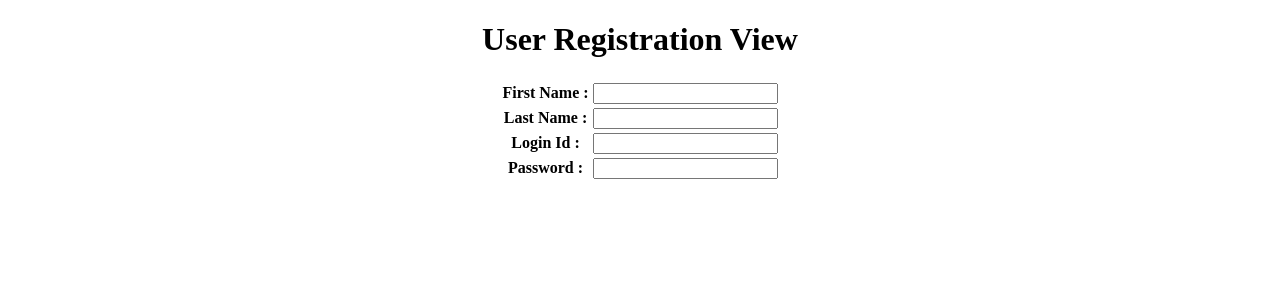
Repository: HimanshuJain1991/ProjectModuleUseCase
Page: http://localhost/Practice/UserRegistrationView.jsp
An editor plug-in stored every save of this project. The page is shown before and after the next save, followed by the edit.
The browser window is 1280 px wide. The pictures show the whole page.
The page is served by Tomcat 9.

Above is the page before, as saved 2024-02-27 11:05:47.

After the next save:
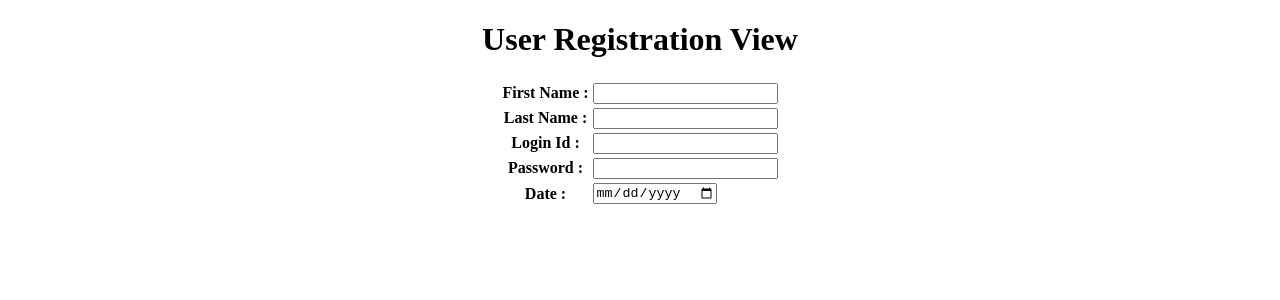
Saved 103 s later.
--- a/Practice/src/main/webapp/UserRegistrationView.jsp
+++ b/Practice/src/main/webapp/UserRegistrationView.jsp
@@ -34,6 +34,12 @@
 				<td><input type="password" name="password"></td>
 
 			</tr>
+			<tr>
+				<th>Date :</th>
+				<td><input type="date" name="dob"></td>
+
+			</tr>
+
 			</center>
 </body>
 </html>
